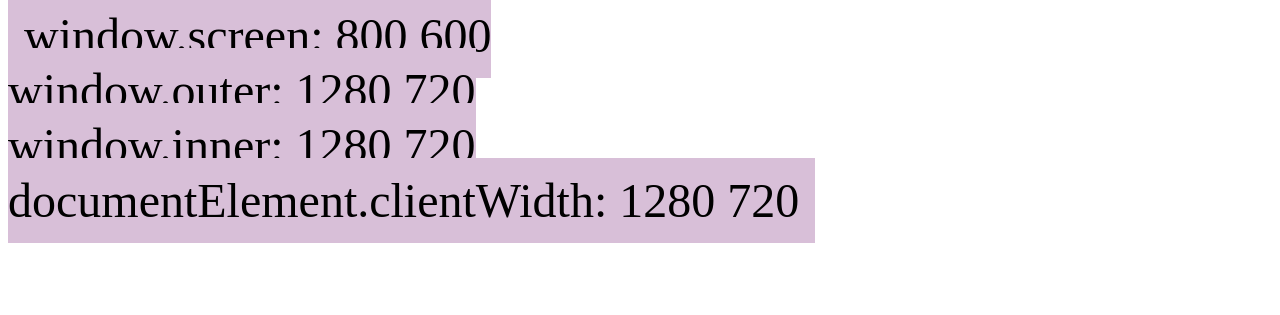
Repository: BokyungJeon/browser
Page: window-size.html
The author's editor kept a copy of each file at every save. The page is drawn from the files as they stood at one save, then again after the next save.
The browser window is 1280 px wide. The pictures show the whole page.

Above is the page before, as saved 2021-06-17 15:34:29.

After the next save:
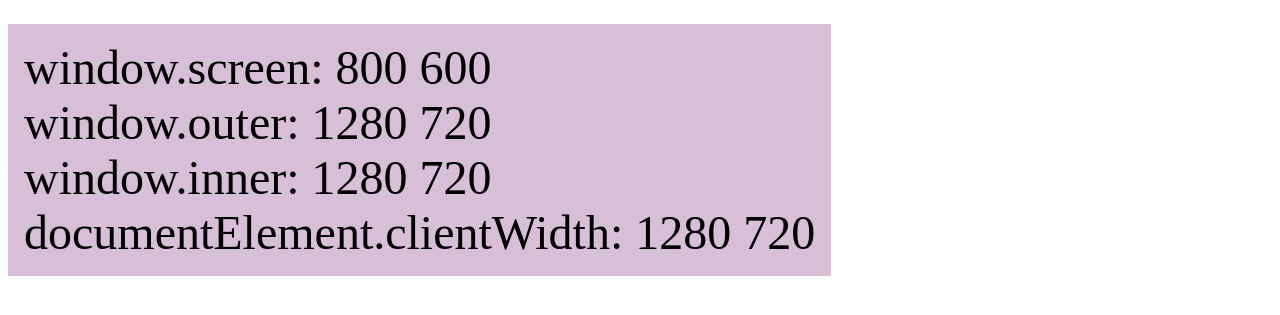
Saved 101 days later.
--- a/window-size.html
+++ b/window-size.html
@@ -7,7 +7,7 @@
     <title>Window Size</title>
     <style>
       .tag {
-        display: inline;
+        display: inline-block;
         background-color: thistle;
         padding: 16px;
         margin-top: 16px;
